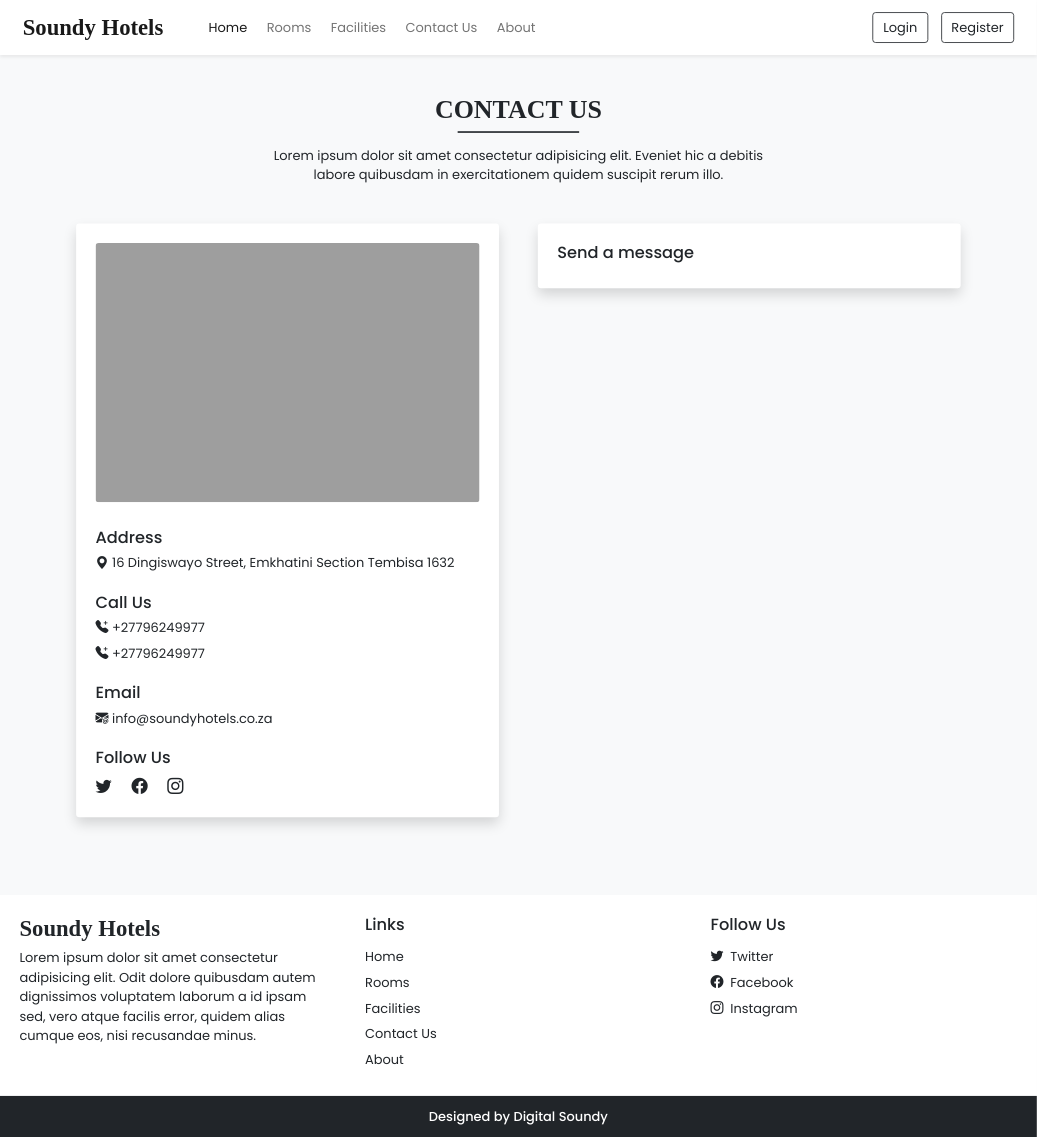
Repository: spencersoundy/Hotel-Booking-App
Page: http://localhost/contact.php
An editor plug-in stored every save of this project. The page is shown before and after the next save, followed by the edit.
The browser window is 1280 px wide. The pictures show the whole page, at 81% of full size.
Pictures or frames that could not be fetched are drawn as grey boxes. Some web fonts or font styles are not loaded; a fallback is used. The page is run by PHP 8.4 with error messages shown; the project is at /var/www/html/.

Above is the page before, as saved 2023-08-04 23:56:30.

### contact.php
<!DOCTYPE html>
<html lang="en">
<head>
    <meta charset="UTF-8">
    <meta http-equiv="X-UA-Compatible" content="IE=edge">
    <meta name="viewport" content="width=device-width, initial-scale=1.0">
    <title>Soundy Hotels - CONTACT</title>
    <?php require('inc/links.php') ?>
</head>
<body class="bg-light">

<?php require('inc/header.php') ?>

<div class="my-5 px-4">
    <h2 class="fw-bold h-font text-center">CONTACT US</h2>
    <div class="h-line bg-dark"></div>
    <p class="text-center mt-3">
        Lorem ipsum dolor sit amet consectetur adipisicing elit.
        Eveniet hic a debitis <br> labore quibusdam in exercitationem
        quidem suscipit rerum illo.
    </p>
</div>

<div class="container">
    <div class="row">
        <div class="col-lg-6 col-md-6 mb-5 px-4">
            <div class="bg-white rounded shadow p-4">
                <iframe class="w-100 rounded mb-4" height="320px" src="https://www.google.com/maps/embed?pb=!1m18!1m12!1m3!1d3585.708810342345!2d28.2120409827257!3d-26.010354497291896!2m3!1f0!2f0!3f0!3m2!1i1024!2i768!4f13.1!3m3!1m2!1s0x1e956bf2ad5976c9%3A0x6f9e0753eef116a!2s16%20Dingiswayo%20St%2C%20Emkantini%2C%20Tembisa%2C%201632!5e0!3m2!1sen!2sza!4v1691170736196!5m2!1sen!2sza" loading="lazy"></iframe>

                    <h5>Address</h5>
                <a href="https://goo.gl/maps/Av7G3xEeVXWeW6kQ6" target="_blank" class="d-line-block text-decoration-none text-dark mb-2">
                <i class="bi bi-geo-alt-fill"></i> 16 Dingiswayo Street, Emkhatini Section Tembisa 1632
                </a>

                <h5 class="mt-4">Call Us</h5>
                <a href="Tell: +27796249977" class="d-inline-block mb-2 text-decoration-none text-dark">
                    <i class="bi bi-telephone-plus-fill"></i> +27796249977
                </a>
                <br>
                <a href="Tell: +27796249977" class="d-inline-block text-decoration-none text-dark">
                    <i class="bi bi-telephone-plus-fill"></i> +27796249977
                </a>

                <h5 class="mt-4">Email</h5>
                <a href="mailto: info@soundyhotels.co.za" class="d-inline-block text-decoration-none text-dark">
                    <i class="bi bi-envelope-at-fill"></i> info@soundyhotels.co.za
                </a>

                <h5 class="mt-4">Follow Us</h5>
                <a href="#" class="d-inline-block text-dark fs-5 me-3">
                        <i class="bi bi-twitter me-1"></i>
                </a>
                <a href="#" class="d-inline-block text-dark fs-5 me-3">
                        <i class="bi bi-facebook me-1"></i>
                </a>
                <a href="#" class="d-inline-block">
                        <i class="bi bi-instagram me-1 text-dark fs-5"></i>
                </a>
            </div>
        </div>
        <div class="col-lg-6 col-md-6 px-4">
            <div class="bg-white rounded shadow p-4">
                <form>
                    <h5>Send a message</h5>

                </form>
            </div>
        </div>
    </div>
</div>

<?php require('inc/footer.php')?>

</body>
</html>

### inc/links.php
<link href="https://cdn.jsdelivr.net/npm/bootstrap@5.0.2/dist/css/bootstrap.min.css" rel="stylesheet" integrity="sha384-EVSTQN3/azprG1Anm3QDgpJLIm9Nao0Yz1ztcQTwFspd3yD65VohhpuuCOmLASjC" crossorigin="anonymous">
<link href="https://fonts.googleapis.com/css2?family=Merienda:wght@400;700&family=Poppins:wght@400;500;600&display=swap" rel="stylesheet">
<link rel="stylesheet" href="https://cdn.jsdelivr.net/npm/bootstrap-icons@1.10.5/font/bootstrap-icons.css">
<link rel="stylesheet" href="css/common.css"/>

### inc/header.php
<nav class="navbar navbar-expand-lg navbar-light bg-white px-lg-3 py-lg-2 shadow-sm sticky-top">
    <div class="container-fluid">
        <a class="navbar-brand me-5 fw-bold fs-3 h-font" href="index.php">Soundy Hotels</a>
        <button class="navbar-toggler shadow-none" type="button" data-bs-toggle="collapse" data-bs-target="#navbarSupportedContent" aria-controls="navbarSupportedContent" aria-expanded="false" aria-label="Toggle navigation">
        <span class="navbar-toggler-icon"></span>
        </button>
        <div class="collapse navbar-collapse" id="navbarSupportedContent">
        <ul class="navbar-nav me-auto mb-2 mb-lg-0">
            <li class="nav-item">
            <a class="nav-link active me-2" aria-current="page" href="index.php">Home</a>
            </li>
            <li class="nav-item">
            <a class="nav-link me-2" href="#">Rooms</a>
            </li>
            <li class="nav-item">
            <a class="nav-link me-2" href="facilities.php">Facilities</a>
            </li><li class="nav-item">
            <a class="nav-link me-2" href="contact.php">Contact Us</a>
            </li><li class="nav-item">
            <a class="nav-link" href="about.php">About</a>
            </li>
        </ul>
        <div class="d-flex">
            <button type="button" class="btn btn-outline-dark shadow-none me-lg-3 me-2" data-bs-toggle="modal" data-bs-target="#loginModal">
                Login
            </button>
            <button type="button" class="btn btn-outline-dark shadow-none" data-bs-toggle="modal" data-bs-target="#registerModal">
                Register
            </button>
        </div>
        </div>
    </div>
    </nav>

    <div class="modal fade" id="loginModal" data-bs-backdrop="static" data-bs-keyboard="false" tabindex="-1" aria-labelledby="staticBackdropLabel" aria-hidden="true">
        <div class="modal-dialog">
            <div class="modal-content">
                <form>
                    <div class="modal-header">
                        <h5 class="modal-title d-flex align-items-center">
                            <i class="bi bi-person-circle fs-3 me-2"></i> User Login
                        </h5>
                        <button type="reset" class="btn-close shadow-none" data-bs-dismiss="modal" aria-label="Close"></button>
                    </div>
                    <div class="modal-body">
                    <div class="mb-3">
                        <label class="form-label">Email address</label>
                        <input type="email" class="form-control shadow-none">
                    </div>
                    <div class="mb-4">
                        <label class="form-label">Password</label>
                        <input type="password" class="form-control shadow-none">
                    </div>
                        <div class="d-flex align-items-center justify-content-between mb-2">
                            <button type="submit" class="btn btn-dark shadow-none">LOGIN</button>
                            <a href="javascript: void(0)" class="text-secondary text-decoration-none">Forgot Password?</a>
                        </div>
                    </div>
                </form>
            </div>
        </div>
    </div>

    <div class="modal fade" id="registerModal" data-bs-backdrop="static" data-bs-keyboard="false" tabindex="-1" aria-labelledby="staticBackdropLabel" aria-hidden="true">
        <div class="modal-dialog modal-lg">
            <div class="modal-content">
                <form>
            <div class="modal-header">
                <h5 class="modal-title d-fle align-items-center">
                    <i class="bi bi-person-lines-fill fs-3 me-2"></i> User Registration
                </h5>
                <button type="reset" class="btn-close shadow-none" data-bs-dismiss="modal" aria-label="Close"></button>
            </div>
            <div class="modal-body">
                <span class="badge rounded-pill bg-light text-dark mb-3 text-wrap lh-base">
                    Note: Your details must match with your ID (ID book/card, passport, drivers license, etc.)
                    that will be required during check-in.
                </span>
                <div class="container-fluid">
                    <div class="row">
                        <div class="col-md-6 ps-0 mb-3">
                            <label class="form-label">Name</label>
                            <input type="text" class="form-control shadow-none">
                        </div>
                        <div class="col-md-6 p-0 mb-3">
                            <label class="form-label">Email</label>
                            <input type="email" class="form-control shadow-none">
                        </div>
                        <div class="col-md-6 ps-0 mb-3">
                            <label class="form-label">Phone Number</label>
                            <input type="number" class="form-control shadow-none">
                        </div>
                        <div class="col-md-6 p-0 mb-3">
                            <label class="form-label">Picture</label>
                            <input type="file" class="form-control shadow-none">
                        </div>
                        <div class="col-md-12 p-0 mb-3">
                            <label class="form-label">Address</label>
                            <textarea class="form-control shadow-none" rows="1"></textarea>
                        </div>
                        <div class="col-md-6 ps-0 mb-3">
                            <label class="form-label">Pincode</label>
                            <input type="number" class="form-control shadow-none">
                        </div>
                        <div class="col-md-6 p-0 mb-3">
                            <label class="form-label">Date of birth</label>
                            <input type="date" class="form-control shadow-none">
                        </div>
                        <div class="col-md-6 ps-0 mb-3">
                            <label class="form-label">Password</label>
                            <input type="password" class="form-control shadow-none">
                        </div>
                        <div class="col-md-6 p-0 mb-3">
                            <label class="form-label">Confirm Password</label>
                            <input type="password" class="form-control shadow-none">
                        </div>
                    </div>
                </div>
                <div class="text-center my-1">
                    <button type="submit" class="btn btn-dark shadow-none">REGISTER</button>
                </div>
            </div>
            </form>
            </div>
  </div>
</div>

### inc/footer.php
<div class="container-fluid bg-white mt-5">

        <div class="row">
            <div class="col-lg-4 p-4">
                <h3 class="h-font fw-bold fs-3 mb-2">Soundy Hotels</h3>
                <p>
                    Lorem ipsum dolor sit amet consectetur adipisicing elit.
                    Odit dolore quibusdam autem dignissimos voluptatem laborum a id ipsam sed,
                    vero atque facilis error, quidem alias cumque eos, nisi recusandae minus.
                </p>
            </div>
            <div class="col-lg-4 p-4">
                <h5 class="mb-3">Links</h5>
                <a href="#" class="d-inline-block mb-2 text-dark text-decoration-none">Home</a><br>
                <a href="#" class="d-inline-block mb-2 text-dark text-decoration-none">Rooms</a><br>
                <a href="#" class="d-inline-block mb-2 text-dark text-decoration-none">Facilities</a><br>
                <a href="#" class="d-inline-block mb-2 text-dark text-decoration-none">Contact Us</a><br>
                <a href="#" class="d-inline-block mb-2 text-dark text-decoration-none">About</a>
            </div>
            <div class="col-lg-4 p-4">
                <h5 class="mb-3">Follow Us</h5>
                <a href="#" class="d-inline-block text-dark text-decoration-none mb-2">
                    <i class="bi bi-twitter me-1"></i> Twitter
                </a><br>
                <a href="#" class="d-inline-block text-dark text-decoration-none mb-2">
                    <i class="bi bi-facebook me-1"></i> Facebook
                </a><br>
                <a href="#" class="d-inline-block text-dark text-decoration-none">
                    <i class="bi bi-instagram me-1"></i> Instagram
                </a><br>
            </div>
        </div>
    </div>
</div>

    <h6 class="text-center bg-dark text-white p-3 m-0">Designed by Digital Soundy</h6>

    <script src="https://cdn.jsdelivr.net/npm/bootstrap@5.0.2/dist/js/bootstrap.bundle.min.js" integrity="sha384-MrcW6ZMFYlzcLA8Nl+NtUVF0sA7MsXsP1UyJoMp4YLEuNSfAP+JcXn/tWtIaxVXM" crossorigin="anonymous"></script>

### css/common.css
:root{
    --teal: #2ec1ac;
    --teal_hover: #279e8c;
}

*{
    font-family: 'Poppins', sans-serif;
}
.h-font{
    font-family: 'Merienda', cursive;
}

input::-webkit-outer-spin-button,
input::-webkit-inner-spin-button {
-webkit-appearance: none;
margin: 0;
}

input[type=number] {
-moz-appearance: textfield;
}

.custom-bg{
    background-color: var(--teal);
    border: 1px solid var(--teal);
}
.custom-bg:hover{
    background-color: var(--teal_hover);
    border-color: var(--teal_hover);
}

.h-line{
    width: 150px;
    margin: 0 auto;
    height: 1.7px;
}

After the next save:
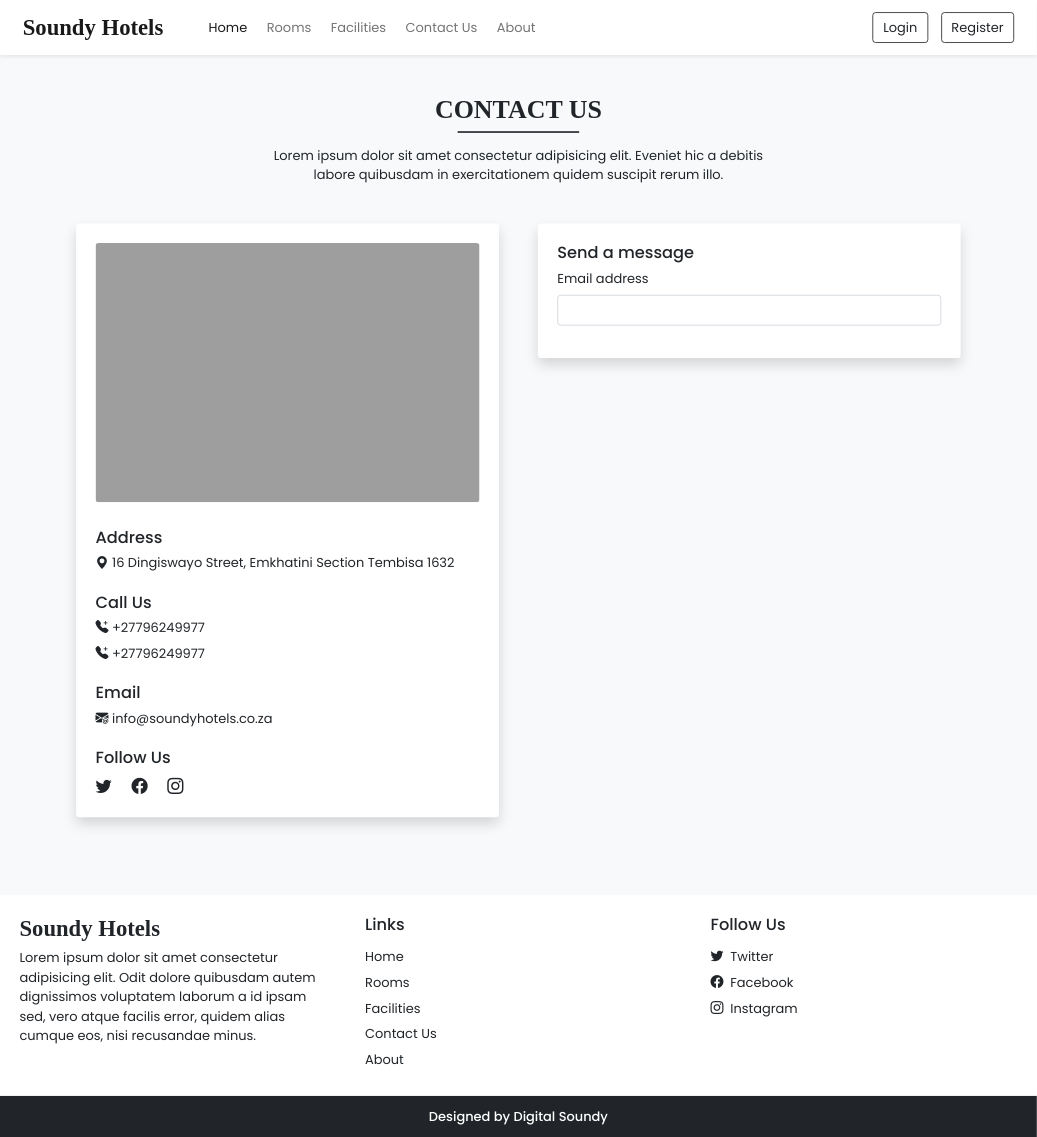
Saved 75 s later.
--- a/contact.php
+++ b/contact.php
@@ -62,7 +62,10 @@
             <div class="bg-white rounded shadow p-4">
                 <form>
                     <h5>Send a message</h5>
-
+                    <div class="mb-3">
+                        <label class="form-label">Email address</label>
+                        <input type="email" class="form-control shadow-none">
+                    </div>
                 </form>
             </div>
         </div>
